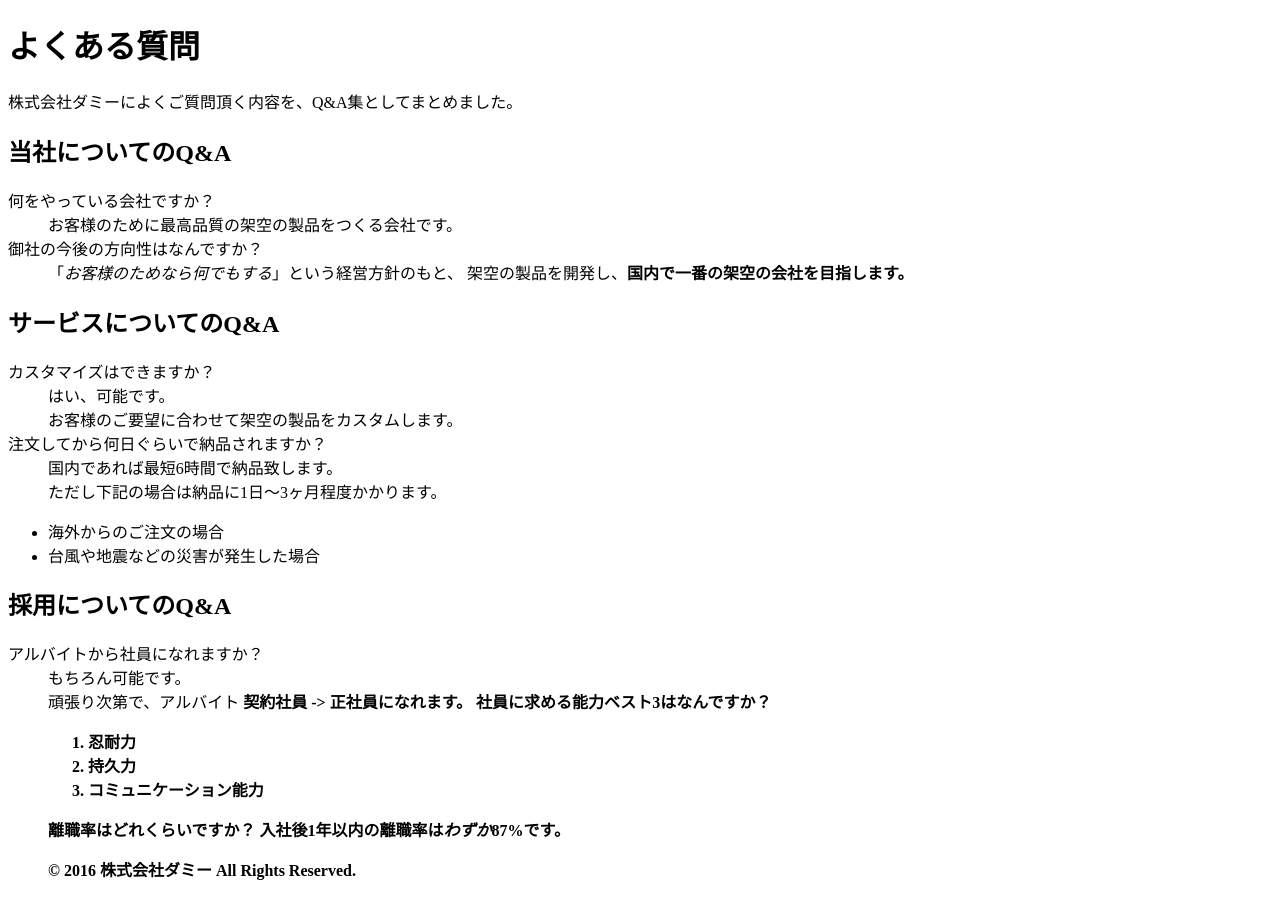
Repository: winc1980/practice-hp2022-wednesday
Page: ruka/practice1.html
The author's editor kept a copy of each file at every save. The page is drawn from the files as they stood at one save, then again after the next save.
The browser window is 1280 px wide. The pictures show the whole page.

Above is the page before, as saved 2022-05-26 00:47:40.

After the next save:
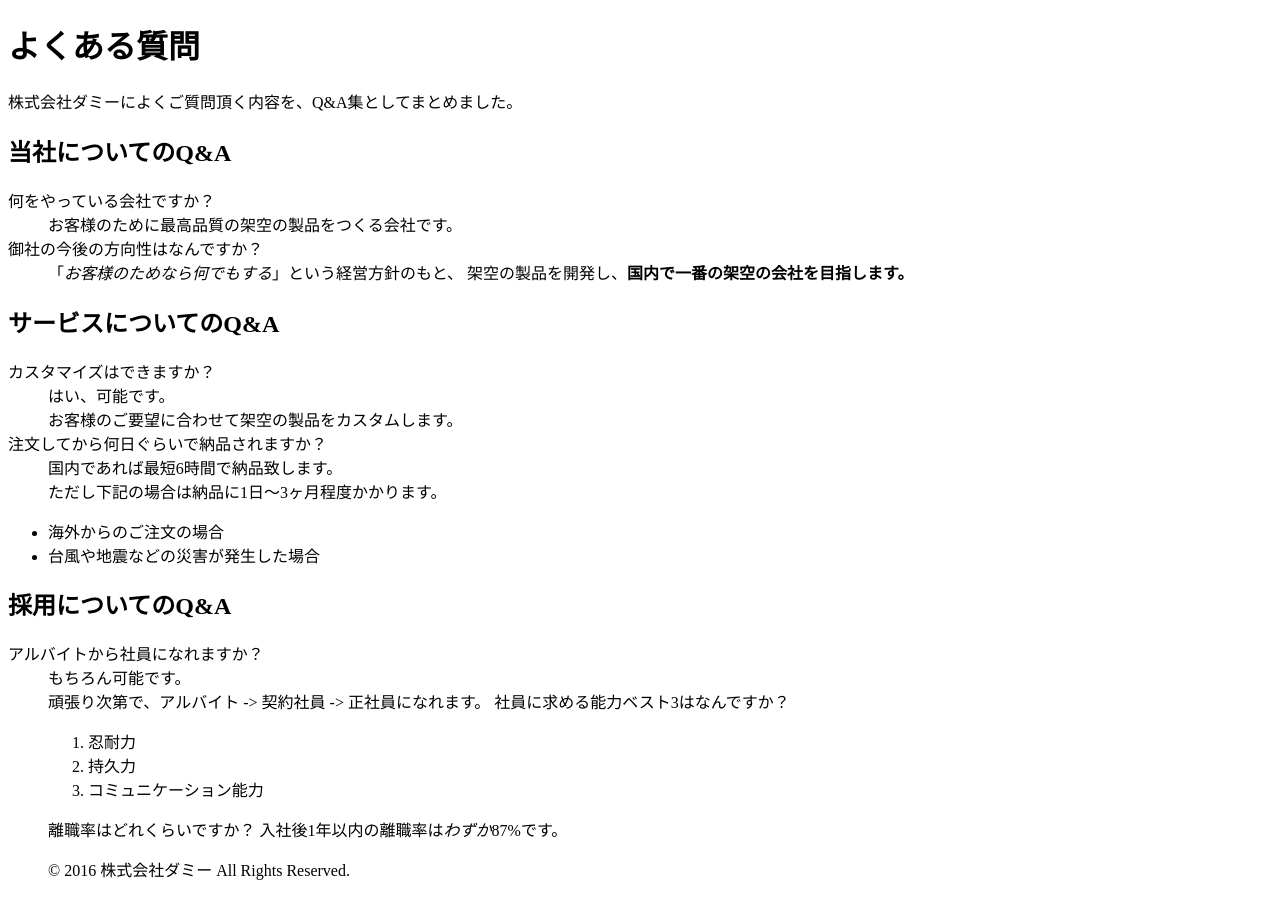
Saved 4 s later.
--- a/ruka/practice1.html
+++ b/ruka/practice1.html
@@ -54,7 +54,7 @@
 アルバイトから社員になれますか？
 <dd>
 もちろん可能です。<br>
-頑張り次第で、アルバイト<b -> 契約社員 -> 正社員になれます。
+頑張り次第で、アルバイト<b></b> -> 契約社員 -> 正社員になれます。
 
 社員に求める能力ベスト3はなんですか？
 <ol>
